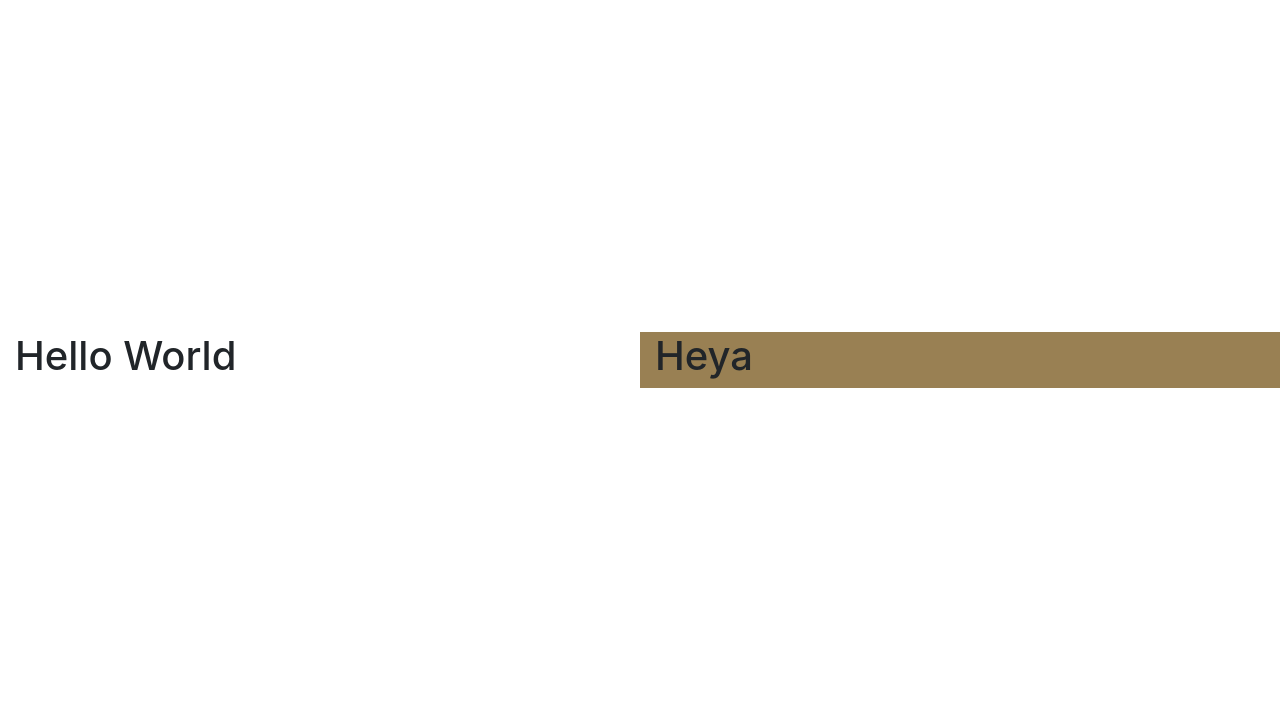
Repository: Thekxgh/website
Page: /
These files come from the project's save history. The page is drawn as it stood at one moment and after the next save; the edit follows.
The browser window is 1280 px wide. The pictures show the whole page.
The project was rebuilt for these pictures with package versions that can differ from the ones it lists, and the page was loaded fresh each time.

Above is the page before, as saved 2021-07-14 09:31:14.

After the next save:
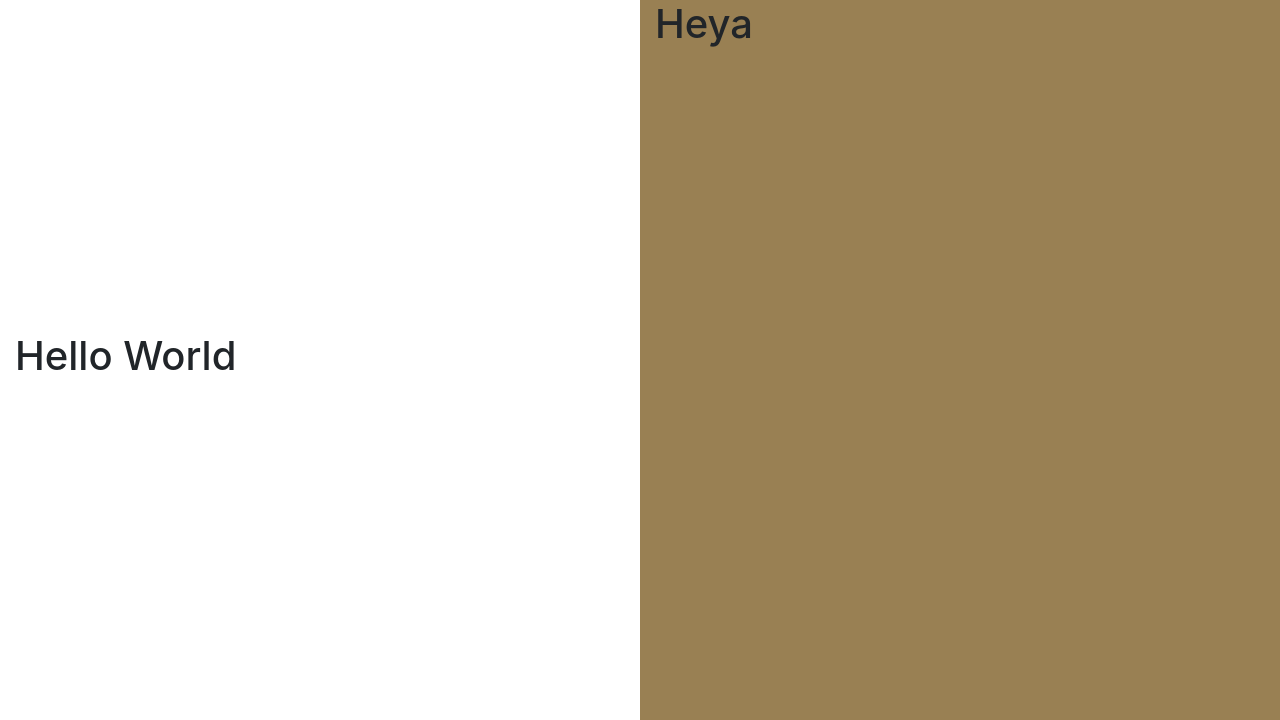
Saved 10 s later.
--- a/src/presentation/LandingPage.tsx
+++ b/src/presentation/LandingPage.tsx
@@ -7,7 +7,7 @@ export const LandingPage = () => {
             <Col>
                 <h1>Hello World</h1>
             </Col>
-            <Col className="bg-primary">
+            <Col className="bg-primary min-vh-100">
                 <h1>Heya</h1>
             </Col>
         </Row>
